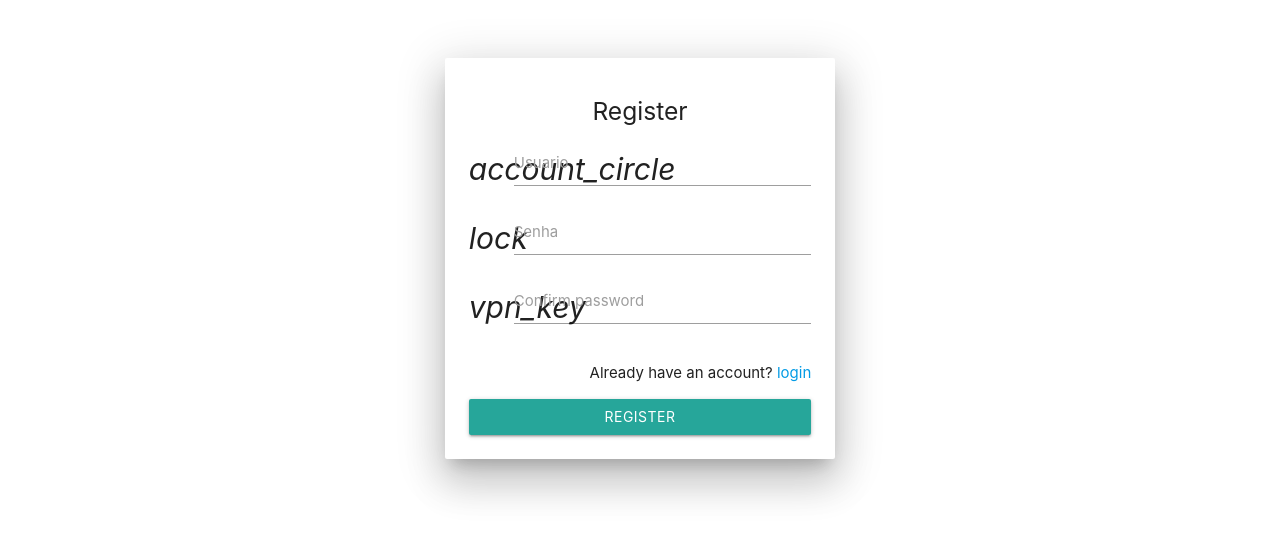
Repository: luizasilveira/TechWeb
Page: http://localhost/techWebP1/login.jsp
An editor plug-in stored every save of this project. The page is shown before and after the next save, followed by the edit.
The browser window is 1280 px wide. The pictures show the whole page.
The page is served by Tomcat 9.

Above is the page before, as saved 2019-09-10 11:57:50.

After the next save:
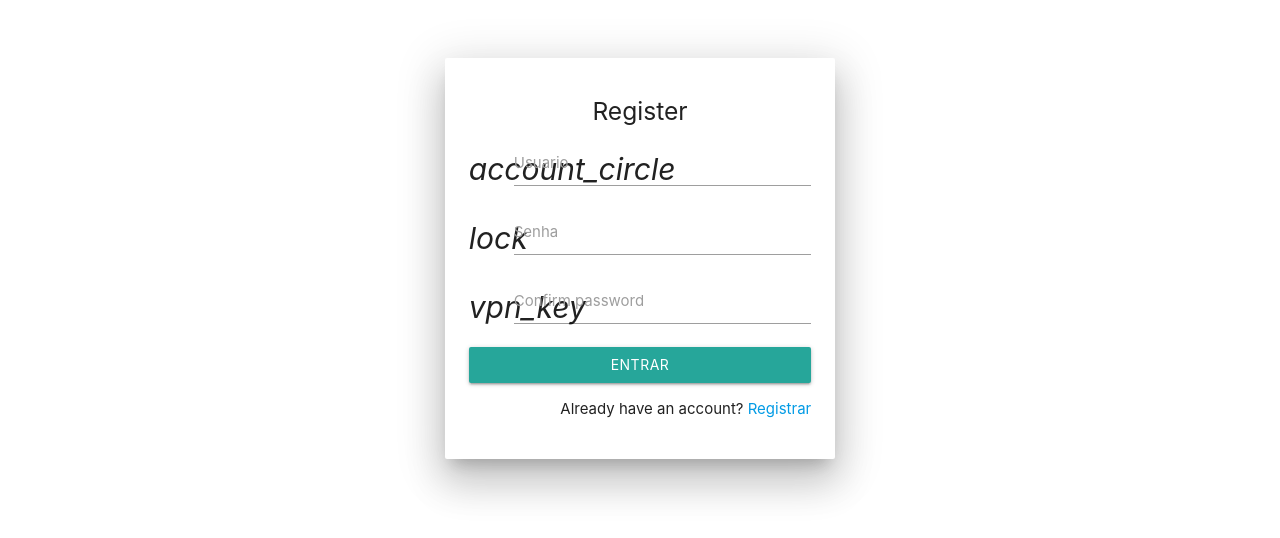
Saved 12 min 33 s later.
--- a/Projeto1/techWebP1/WebContent/login.jsp
+++ b/Projeto1/techWebP1/WebContent/login.jsp
@@ -55,8 +55,9 @@ body {
                     <input type="password" name="pass2">
                     <label>Confirm password</label>
                   </div>
-                  <p class="right">Already have an account? <a href="#login" class="modal-trigger">login</a></p>
-                  <input type="submit" name="submit" value="register" class="btn left col s12">
+
+                  <input type="submit" name="submit" value="Entrar" class="btn left col s12">
+                  <p class="right">Already have an account? <a href="#login" class="modal-trigger">Registrar</a></p>
 
                   <div class="clearfix"></div>
                </div>
